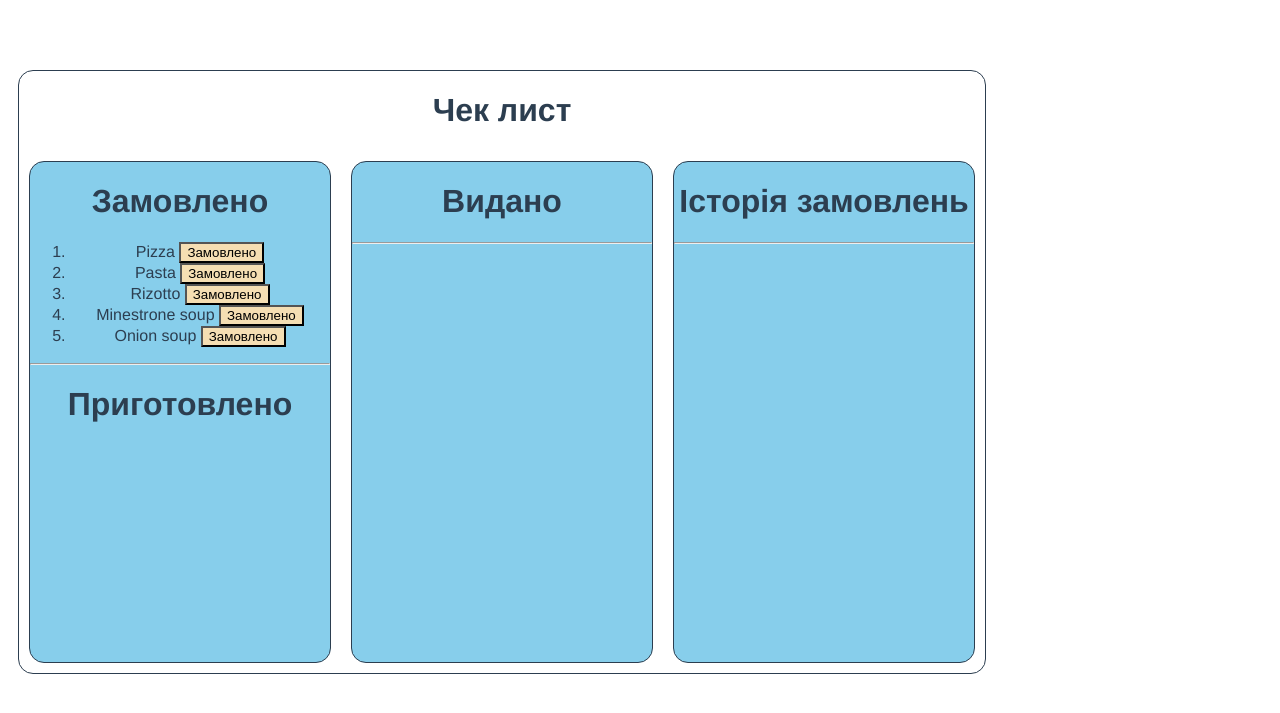
Repository: Salexandraa/HOME_Subotina
Page: / (app in order-list/)
An editor plug-in stored every save of this project. The page is shown before and after the next save, followed by the edit.
The browser window is 1280 px wide. The pictures show the whole page.
The project was rebuilt for these pictures with package versions that can differ from the ones it lists, and the page was loaded fresh each time.

Above is the page before, as saved 2020-10-10 17:24:26.

### order-list/src/App.vue
<template>
  <div id="app">
  <!-- <reserved :listDishes= "dishesList"
  title='Замовлено'
  />
  <order-issued title="Видано"/>
  <history title="Історія замовлень"/> -->
  <check-list title="Чек лист"/>
  </div>
</template>

<script>
//import Reserved from "./components/CheckList/Reserved";
//import dishesList from "../settings"
//import OrderIssued from "./components/CheckList/OrderIssued"
//import History from "./components/CheckList/History"
import CheckList from "./components/CheckList"
export default {
  name: "App",
  components: {
    //Reserved,
   //OrderIssued,
    //History,
    CheckList
  },
  data() {
    return {
    //  dishesList
      // dishesList: [
      //   {
      //     id: 1,
      //     name: "Pizza",
      //   },
      //    {
      //     id: 2,
      //     name: "Pasta",
      //   },
      //    {
      //     id:3,
      //     name: "Rizzoto",
      //   },
      //    {
      //     id: 4,
      //     name: "Minestrone soup",
      //   },
      //    {
      //     id:5,
      //     name: "Onion soup",
      //   },
      // ],
    };
  },
};
</script>

<style>
#app {
  font-family: Avenir, Helvetica, Arial, sans-serif;
  -webkit-font-smoothing: antialiased;
  -moz-osx-font-smoothing: grayscale;
  /* text-align: center; */
  color: #2c3e50;
  margin-top: 60px;
}
</style>

### order-list/src/components/CheckList/index.vue
<template>
  <div class="container">
    <div>
      <h1>{{ title }}</h1>
    </div>
    <div>
      <reserved
        title="Замовлено"
        title2="Приготовлено"
        :listDishes="dishesList"
        @selected="Selected"
        :listDishesPrepare="listDishesPrepare"
        @prepare="Prepared"
      />

      <order-issued
        title="Видано"
        :listDishes2="dishesList2"
        @issued="Issued"
      />

      <history title="Історія замовлень" :listDishes3="dishesList3" />
    </div>
  </div>
</template>

<script>
import Reserved from "./Reserved";
import OrderIssued from "./OrderIssued";
import History from "./History";
import dishesList from "../../../settings";
export default {
  name: "CheckList",
  components: {
    Reserved,
    OrderIssued,
    History,
  },
  props: {
    title: {
      type: String,
      default: "",
    },
  },
  data() {
    return {
      dishesList,
      listDishesPrepare: [],
      dishesList2: [],
      dishesList3: [],

    };
  },
  methods: {
    Selected(value) {
      this.listDishesPrepare.push(this.dishesList.value);
    },
    Prepared() {
      this.dishesList2.push(this.listDishesPrepare);
    },
    Issued() {
      this.dishesList3.push(this.dishesList2);
    },
  },
};
</script>

<style lang="css" scoped>
.container {
  border: 1px solid;
  border-radius: 15px;
  text-align: center;
  display: inline-block;
  vertical-align: middle;
  margin: 10px;
}
</style>

### order-list/src/components/CheckList/Reserved/index.vue
<template>
  <div class="container">
    <div>
      <h1>{{ title }}</h1>
    </div>
    <div>
      <ol>
        <li
          v-for="(item, ind) in listDishes"
          :key="ind" value="item.name"
        >
          {{ item.name }}
          <button class="checkIn" @click="$emit('selected',value)">
            Замовлено
          </button>
        </li>
      </ol>
    </div>
    <hr />
    <div>
      <h1>{{ title2 }}</h1>
    </div>
    <div>
      <ol>
        <li v-for="(item, ind) in listDishesPrepare" :key="ind">
          {{ item.name }}
          <button class="checkIn" @click="$emit('prepare')">
            Приготовлено
          </button>
        </li>
      </ol>
    </div>
  </div>
</template>

<script>
export default {
  name: "Reserved",
  props: {
    listDishes: {
      type: Array,
      default: () => [],
    },
    listDishesPrepare: {
      type: Array,
      default: () => [],
    },
    title: {
      type: String,
      default: "",
    },
    title2: {
      type: String,
      default: "",
    },
},
//    data() {
//        return {
//            selectedDish: ''
//        }
//    },

    // methods: {
    //   orderDish(dish) {
    //     this.listDishesPrepare.push(dish);
    //   },
    // },

};
</script>

<style lang="css" scoped>
.container {
  width: 300px;
  height: 500px;
  border: 2px solid;
  border-radius: 15px;
  background-color: skyblue;
}
.checkIn {
  background-color: wheat;
}
</style>

### order-list/src/components/CheckList/OrderIssued/index.vue
<template>
  <div class="container">
    <div>
      <h1>{{ title }}</h1>
    </div>
    <div>
      <ol>
        <li v-for="(item , ind) in listDishes2" :key="ind">
          {{item.name}}
          <button class="checkIn" @click="$emit('issued')">Видано</button>
        </li>
      </ol>
    </div>
    <hr>
  </div>
</template>

<script>

export default {
  name: "OrderIssued",

  props: {
    title: {
      type: String,
      default: "",
    },
      listDishes2:{
        type:Array,
        default:()=>[]
      }
  },
};
</script>

<style lang="css" scoped>
.container {
  width: 300px;
  height: 500px;
  border: 2px solid;
  border-radius: 15px;
  background-color: skyblue;
}
.checkIn{
    background-color: wheat;
}
</style>

### order-list/src/components/CheckList/History/index.vue
<template>
    <div class="container">
   <div>
      <h1>{{ title }}</h1>
    </div>
    <div>
      <ol>
        <li v-for="(item,ind ) in listDishes3" :key="ind">
          {{item.name}}
        </li>
      </ol>
    </div>

    <hr>
    </div>
</template>

<script>
    export default {
        name: "History",
        props: {
            title: {
                type: String,
                default: ""
            },
             listDishes3: {
                type: Array,
                default: ()=>[]
            },

        },
    }
</script>

<style lang="css" scoped>
.container {
  width: 300px;
  height: 500px;
  border: 2px solid;
  border-radius: 15px;
  background-color: skyblue;
}

</style>

### order-list/settings.js
//export default ["Pizza","Pasta","Rizotto","Minestrone soup","Onion soup"]
export default [
    {
      id: 1,
      name: "Pizza",
    },
     {
      id: 2,
      name: "Pasta",
    },
     {
      id:3,
      name: "Rizotto",
    },
     {
      id: 4,
      name: "Minestrone soup",
    },
     {
      id:5,
      name: "Onion soup",
    }
  ]

Loaded but not shown: order-list/public/index.html (common file); order-list/src/main.js (common file)

After the next save:
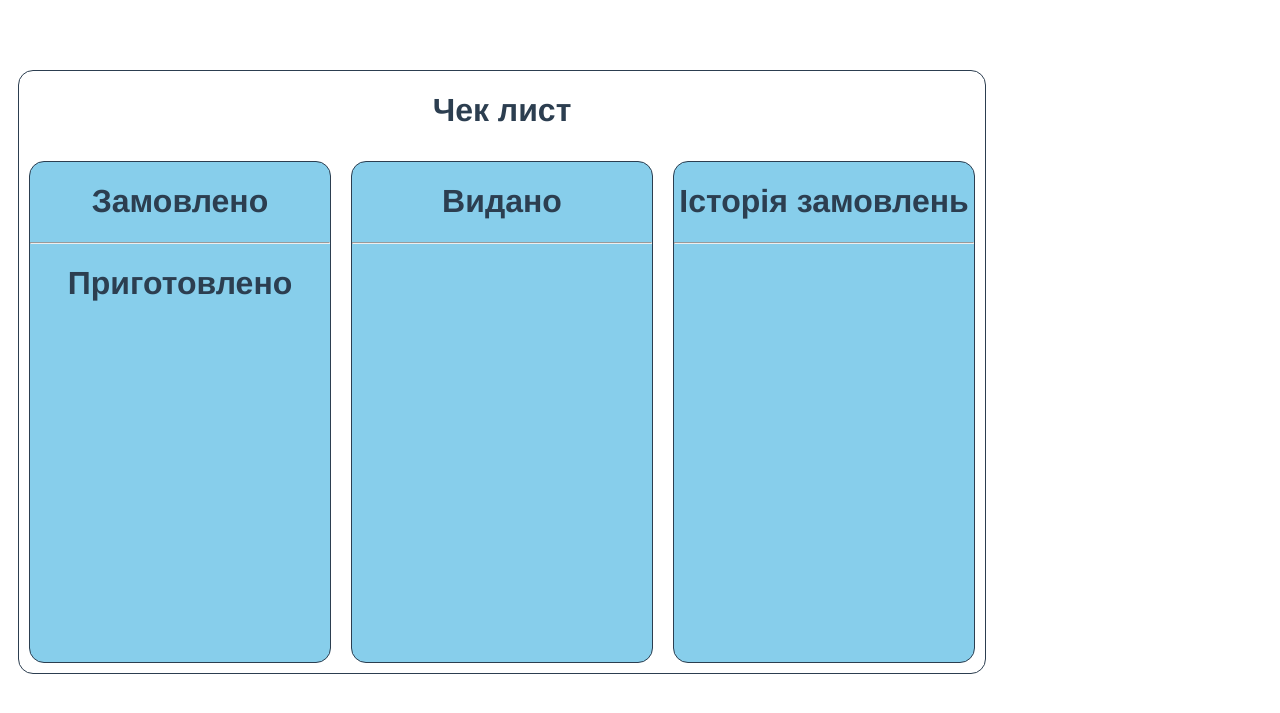
Saved 19 s later.
--- a/order-list/src/components/CheckList/index.vue
+++ b/order-list/src/components/CheckList/index.vue
@@ -48,7 +48,7 @@
       listDishesPrepare: [],
       dishesList2: [],
       dishesList3: [],
-
+       value
     };
   },
   methods: {

After the save that followed:
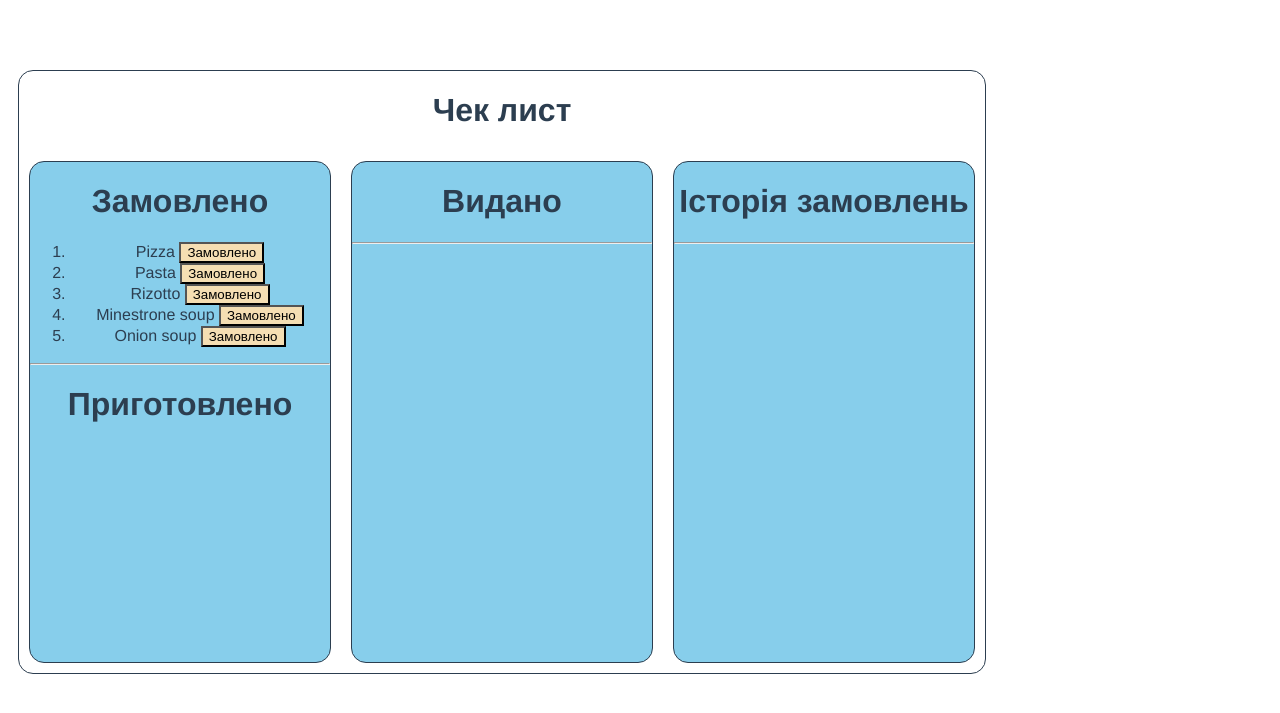
Saved 13 s later.
--- a/order-list/src/components/CheckList/index.vue
+++ b/order-list/src/components/CheckList/index.vue
@@ -48,7 +48,7 @@
       listDishesPrepare: [],
       dishesList2: [],
       dishesList3: [],
-       value
+       value:null
     };
   },
   methods: {
